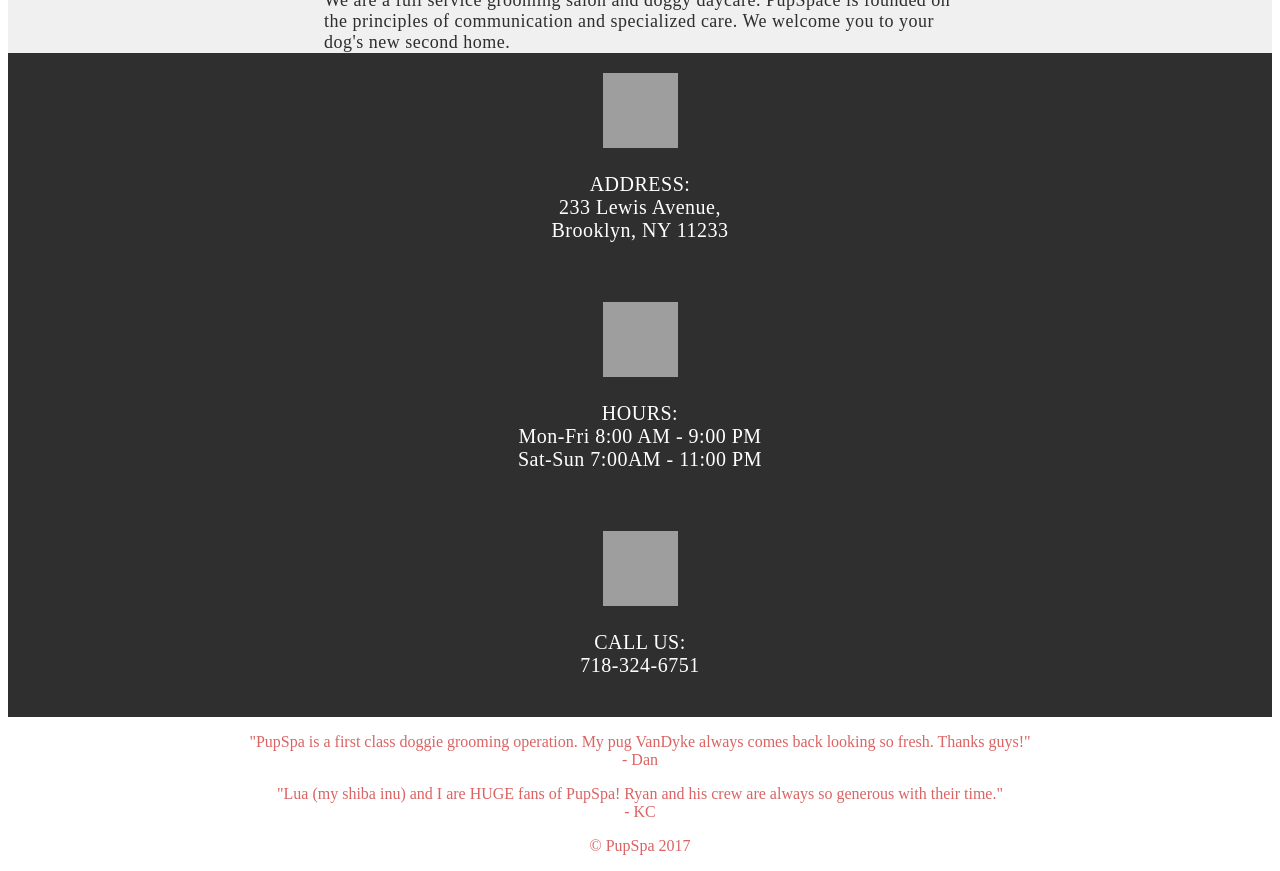
Repository: nghiakma/Javascript-begin
Page: grid/pupsa.html
The author's editor kept a copy of each file at every save. The page is drawn from the files as they stood at one save, then again after the next save.
The browser window is 1280 px wide. The pictures show the part of the page from y = 907 to 1856 px (the page is 1778 px tall before and 1856 px after).
Pictures or frames that could not be fetched are drawn as grey boxes. A picture or video elsewhere on the page could not be fetched, so the positions and the page height are approximate.

Above is the page before, as saved 2023-05-24 15:02:26.

### grid/pupsa.html
<!DOCTYPE html>
<!DOCTYPE html>
<html lang="en">

<head>
    <meta charset="UTF-8">
    <meta http-equiv="X-UA-Compatible" content="IE=edge">
    <meta name="viewport" content="width=device-width, initial-scale=1.0">
    <title>Document</title>
    <link rel="stylesheet" href="pupspa.css">
</head>

<body>
    <div class="grid">
        <header>
            <img src="https://s3.amazonaws.com/codecademy-content/courses/learn-css-grid/project-i/images/pup-spa.svg"
                class="logo">
        </header>
        <div class="banner">
            <p>The #1 Dog Spa in NYC!</p>
            <img src="https://s3.amazonaws.com/codecademy-content/courses/learn-css-grid/project-i/images/dog.svg"
                class="dog">
        </div>
        <div class="about">
            <p class="text">We are a full service grooming salon and doggy daycare. PupSpace is founded on the
                principles of communication and specialized care. We welcome you to your dog's new second home.</p>
        </div>
        <div class="box address">
            <img src="https://s3.amazonaws.com/codecademy-content/courses/learn-css-grid/project-i/images/marker.svg"
                class="marker">
            <p>ADDRESS:
                <br>233 Lewis Avenue,
                <br>Brooklyn, NY 11233
            </p>
        </div>
        <div class="box hours">
            <img src="https://s3.amazonaws.com/codecademy-content/courses/learn-css-grid/project-i/images/clock.svg"
                class="clock">
            <p>HOURS:
                <br>Mon-Fri 8:00 AM - 9:00 PM
                <br>Sat-Sun 7:00AM - 11:00 PM
            </p>
        </div>

        <div class="box call-us">
            <img src="https://s3.amazonaws.com/codecademy-content/courses/learn-css-grid/project-i/images/telephone.png"
                class="clock">
            <p>CALL US:
                <br>718-324-6751
            </p>
        </div>
        <div class="testimonial one">
            <p>"PupSpa is a first class doggie grooming operation. My pug VanDyke always comes back looking so fresh.
                Thanks guys!"
                <br> - Dan
            </p>
        </div>

        <div class="testimonial two">
            <p>"Lua (my shiba inu) and I are HUGE fans of PupSpa! Ryan and his crew are always so generous with their
                time."
                <br> - KC
            </p>
        </div>
        <footer>
            <p>️&copy; PupSpa 2017</p>
        </footer>
    </div>
</body>

</html>

### grid/pupspa.css
body{
    background-color: #ffffff;
    color: #db6363;
    text-align: center;
}
.grid{

}
header{
 background-color: #ffffff;
  color: #dc6363;
  padding-top: 10px;
   margin-bottom: -20px;
}
.banner{
    background-color: #db6363;
     color: #ffffff;
      font-family: Poppins;
  font-size: 84px;
  font-weight: 300;
  letter-spacing: 3.7px;
  color: #ffffff;
   margin-bottom: -20px;
}
img{
    max-width: 100%;
}
.about{
     background-color: #f0f0f0;
  padding-bottom: 20px;
   margin-bottom: -20px;
}
.text{
    width: 50%;
  height: 100%;
  margin: auto;
  padding: auto;
  color: #2f2d2d;
  font-family: Poppins;
  font-size: 18px;
  font-weight: 500;
  text-align: left;
  letter-spacing: 0.5px;
  padding-top: 30px;
}
.box {
  background-color: #2f2f2f;
  color: #ffffff;
  font-family: Poppins;
  font-size: 20px;
  font-weight: 500;
  letter-spacing: 0.5px;
  text-align: center;
  padding-top: 20px;
  padding-bottom: 20px;
}
.marker{
    width: 75px;
  height: 75px;
}
.clock {
  width: 75px;
  height: 75px;
}

.phone {
  width: 98px;
  height: 79px;
}

After the next save:
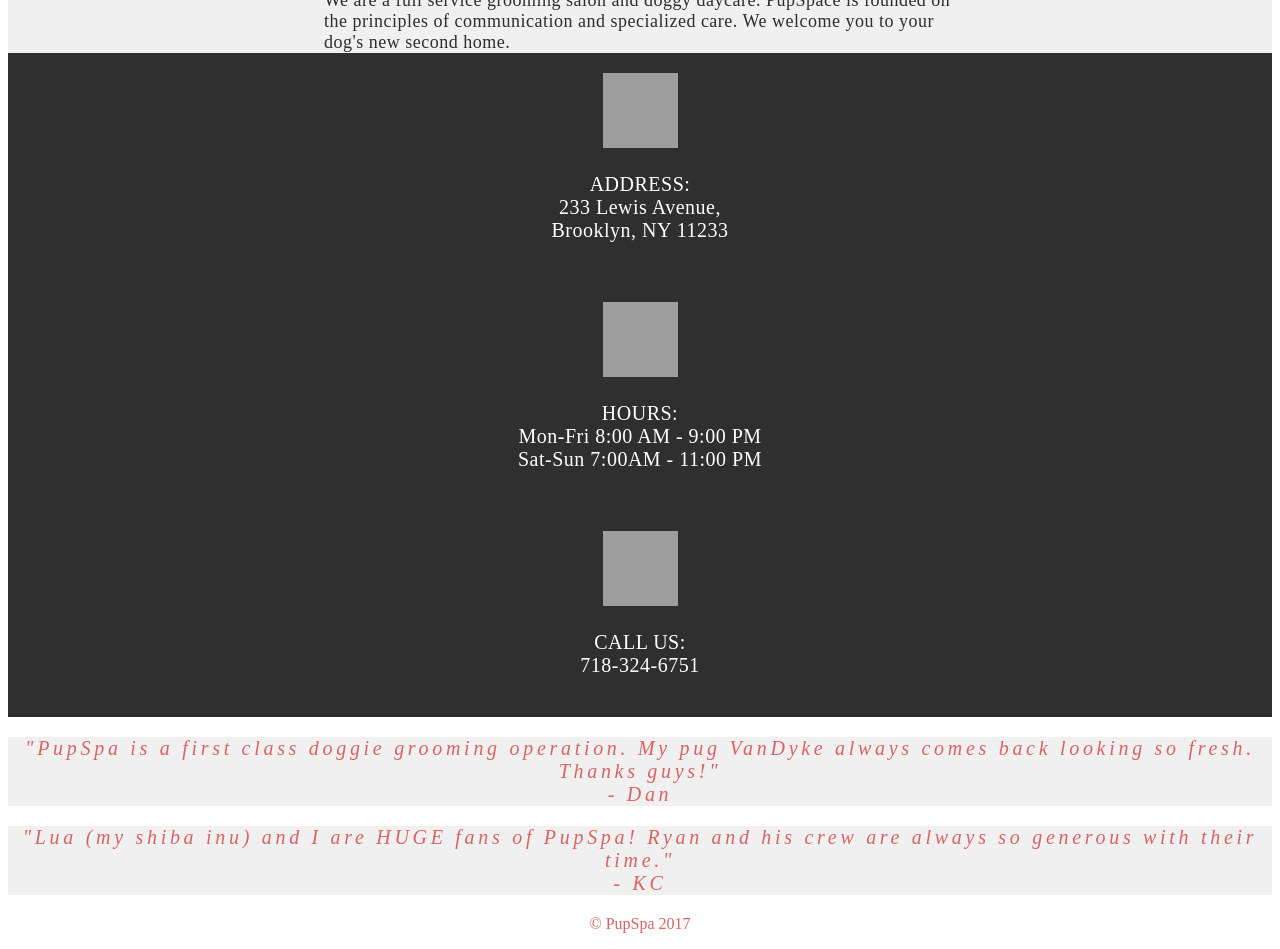
Saved 16 s later.
--- a/grid/pupspa.css
+++ b/grid/pupspa.css
@@ -67,3 +67,15 @@
   width: 98px;
   height: 79px;
 }
+
+.testimonial {
+  margin: auto;
+  padding: auto;
+  background-color: #f0f0f0;
+  color: #db6363;
+  font-family: Poppins;
+  font-size: 20px;
+  font-weight: 300;
+  letter-spacing: 3.7px;
+  font-style: italic;
+}
